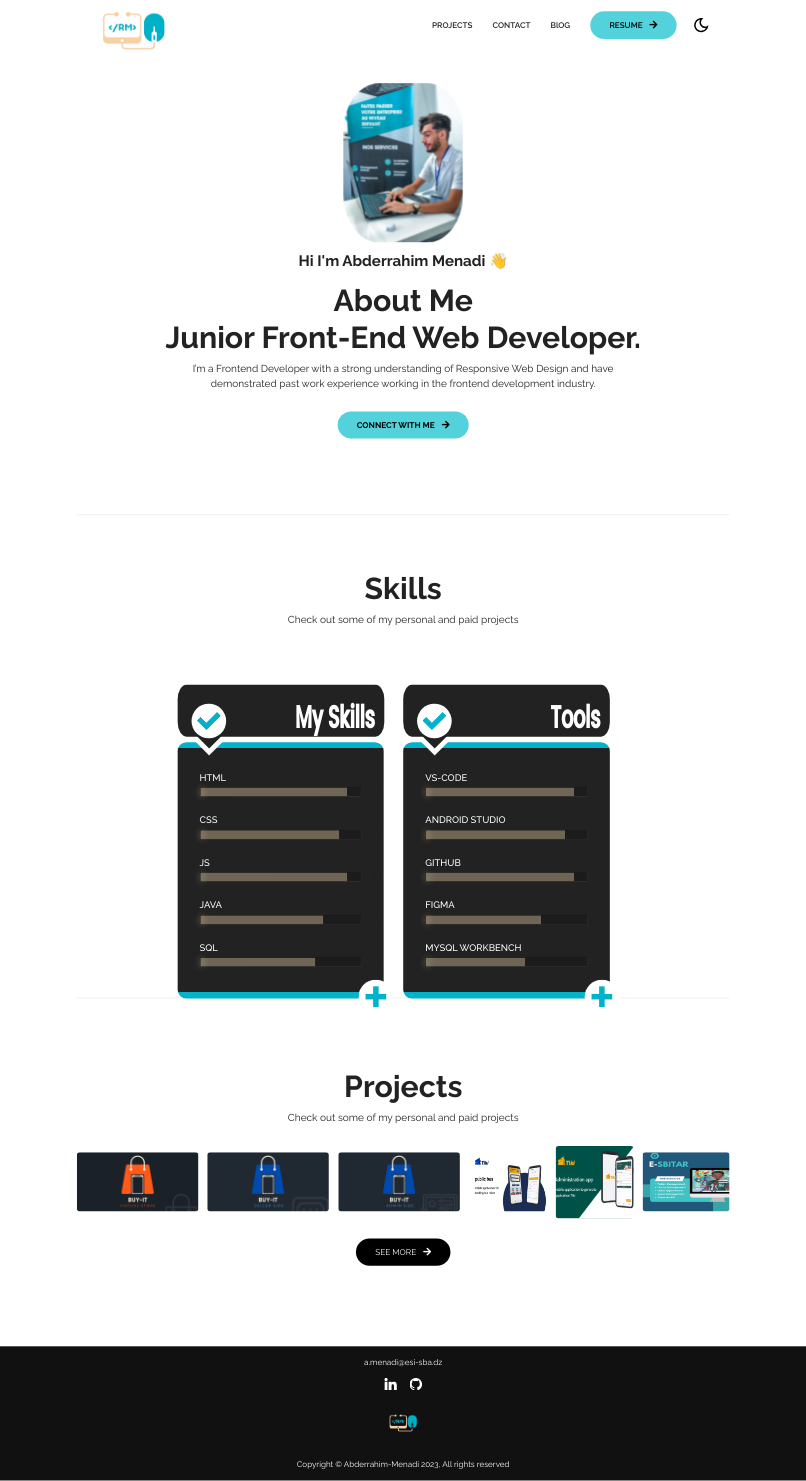
Repository: rahimmenadi/My-Website
Page: index.html
An editor plug-in stored every save of this project. The page is shown before and after the next save, followed by the edit.
The browser window is 1280 px wide. The pictures show the whole page, at 63% of full size.

Above is the page before, as saved 2023-06-24 00:22:39.

After the next save:
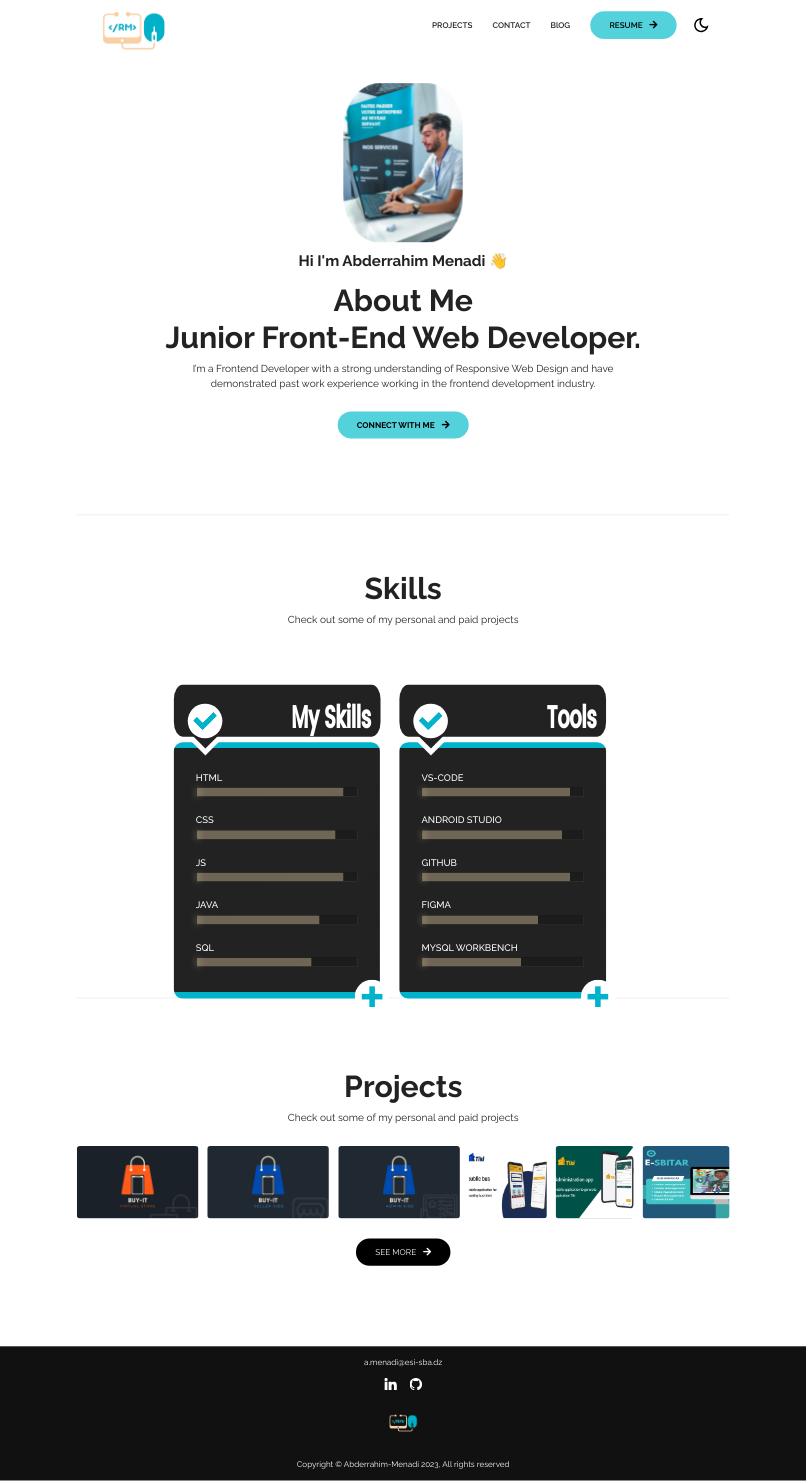
Saved 6 s later.
--- a/css/style.css
+++ b/css/style.css
@@ -372,12 +372,10 @@ body {
 .project{
 
   display: flex;
+
+.profile-skills{
+
+  display: flex;
   justify-content: center;
   align-items: center;
 }
-.profile-skills{
-
-  display: flex;
-  justify-content: center;
-  align-items: center;
-}
